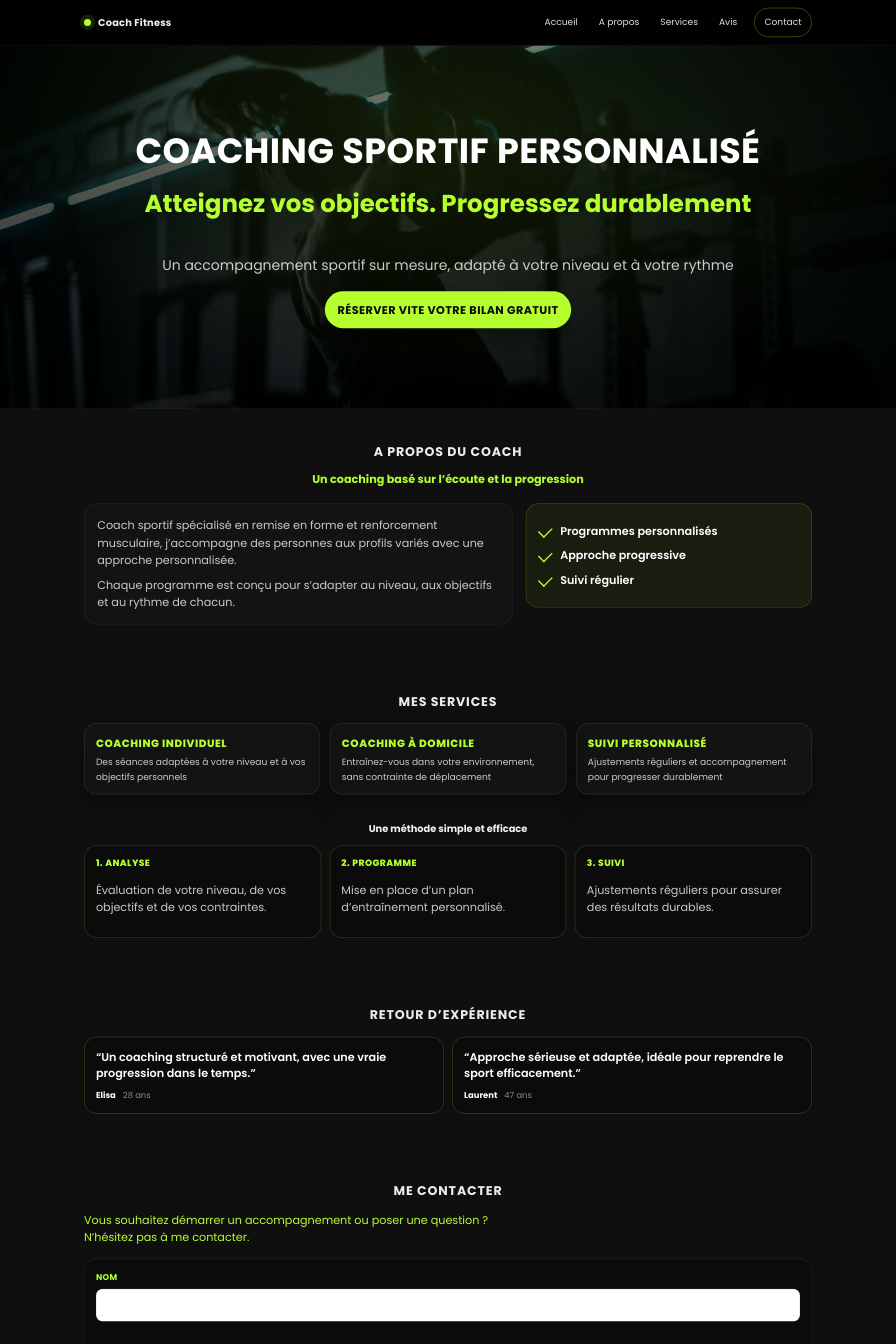
Repository: ThomasHdrd/CoachFitness
Page: index.html
The author's editor kept a copy of each file at every save. The page is drawn from the files as they stood at one save, then again after the next save.
The browser window is 1280 px wide. The pictures show the part of the page from y = 0 to 1920 px (the page is 2987 px tall before and 2863 px after), at 70% of full size.

Above is the page before, as saved 2026-01-20 21:57:51.

After the next save:
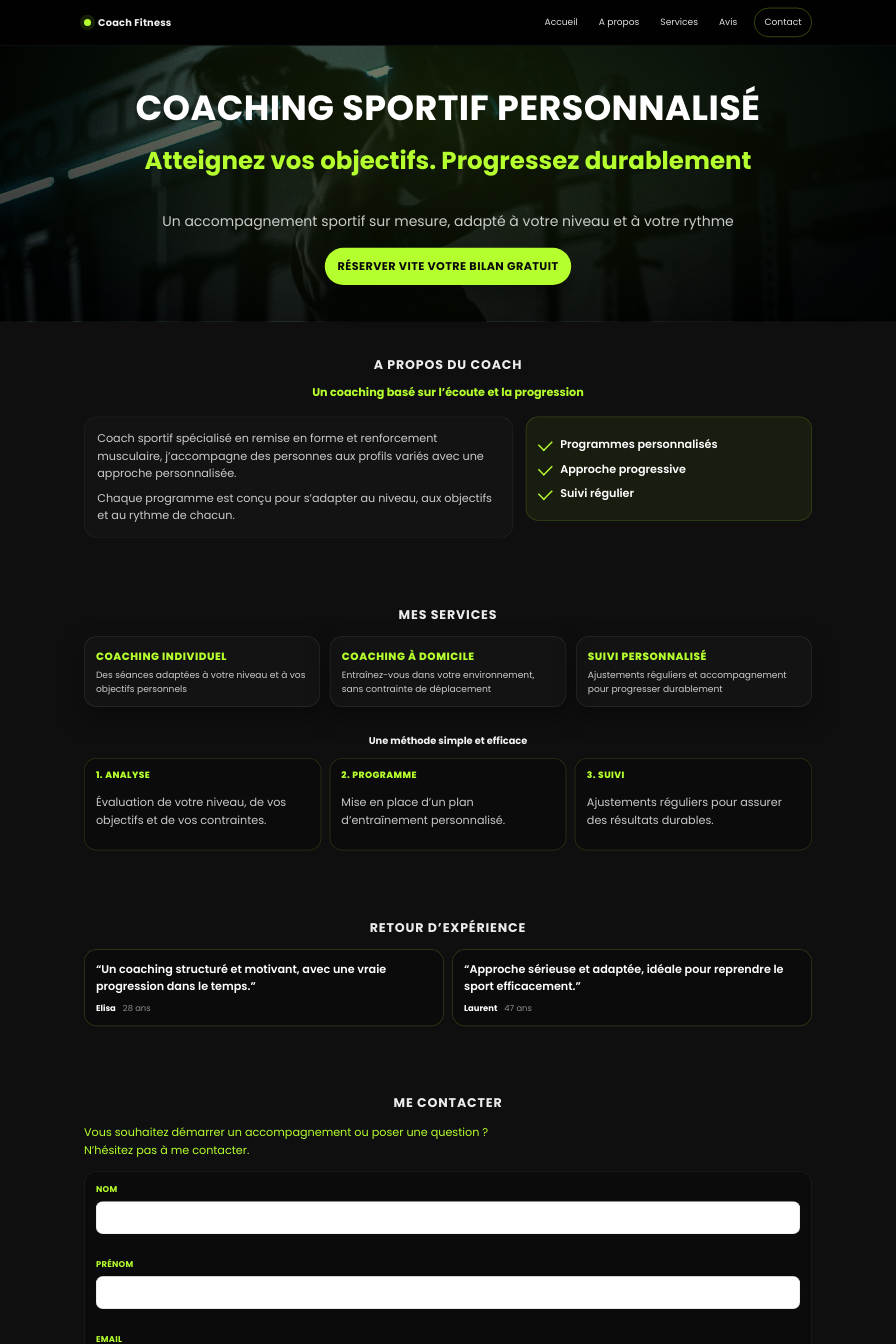
Saved 6 s later.
--- a/styles.css
+++ b/styles.css
@@ -123,7 +123,7 @@
 /* Hero */
 .hero{
   position: relative;
-  min-height: 72vh;
+  min-height: 20px;
   display:flex;
   align-items:center;
   padding: 52px 0;

After the 5 saves that followed:
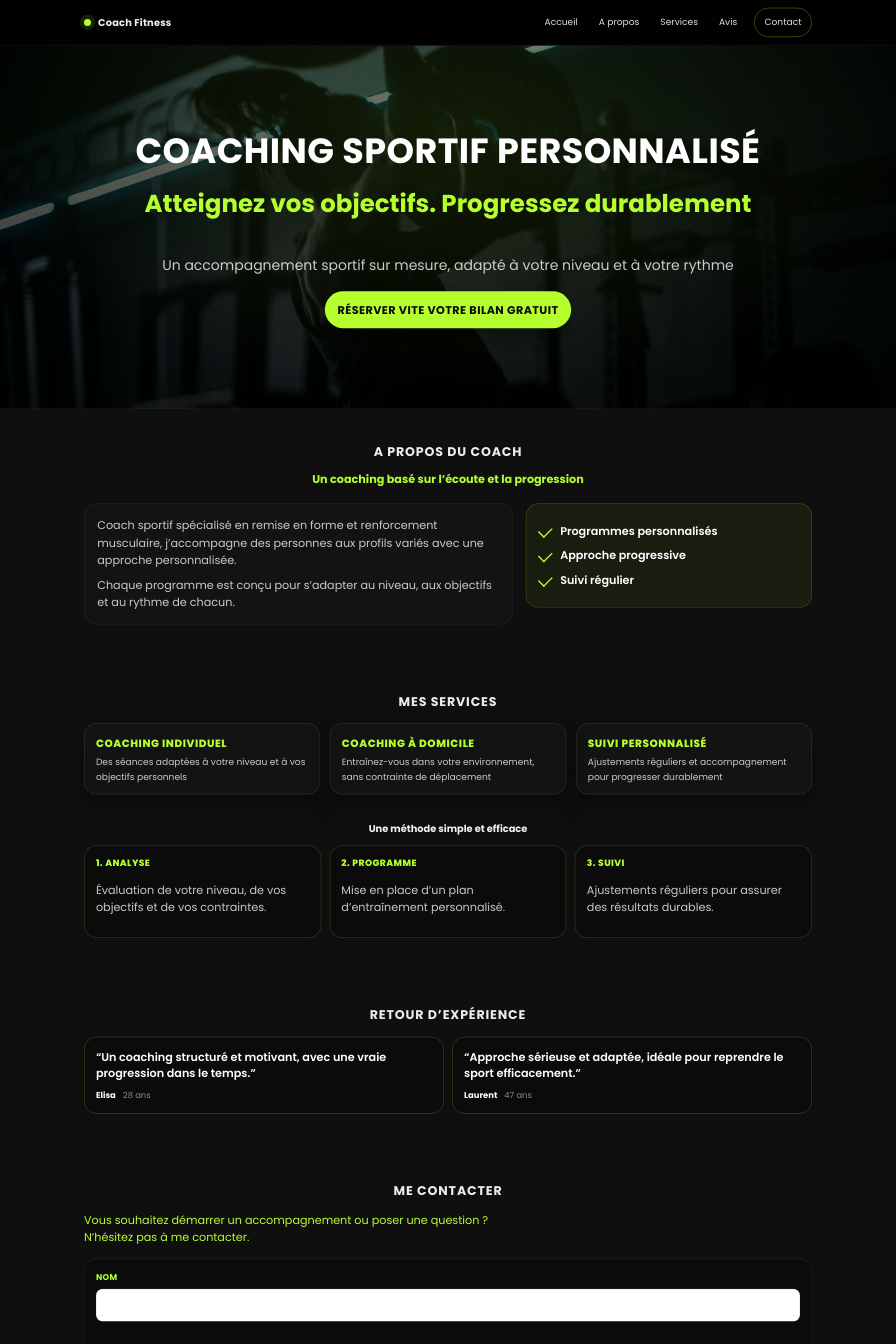
The 5 saves are shown as one change because 2 left the picture as it was and some came seconds apart.
The last was saved 21 s later.
--- a/styles.css
+++ b/styles.css
@@ -123,7 +123,7 @@
 /* Hero */
 .hero{
   position: relative;
-  min-height: 20px;
+  min-height: 72vh;
   display:flex;
   align-items:center;
   padding: 52px 0;
